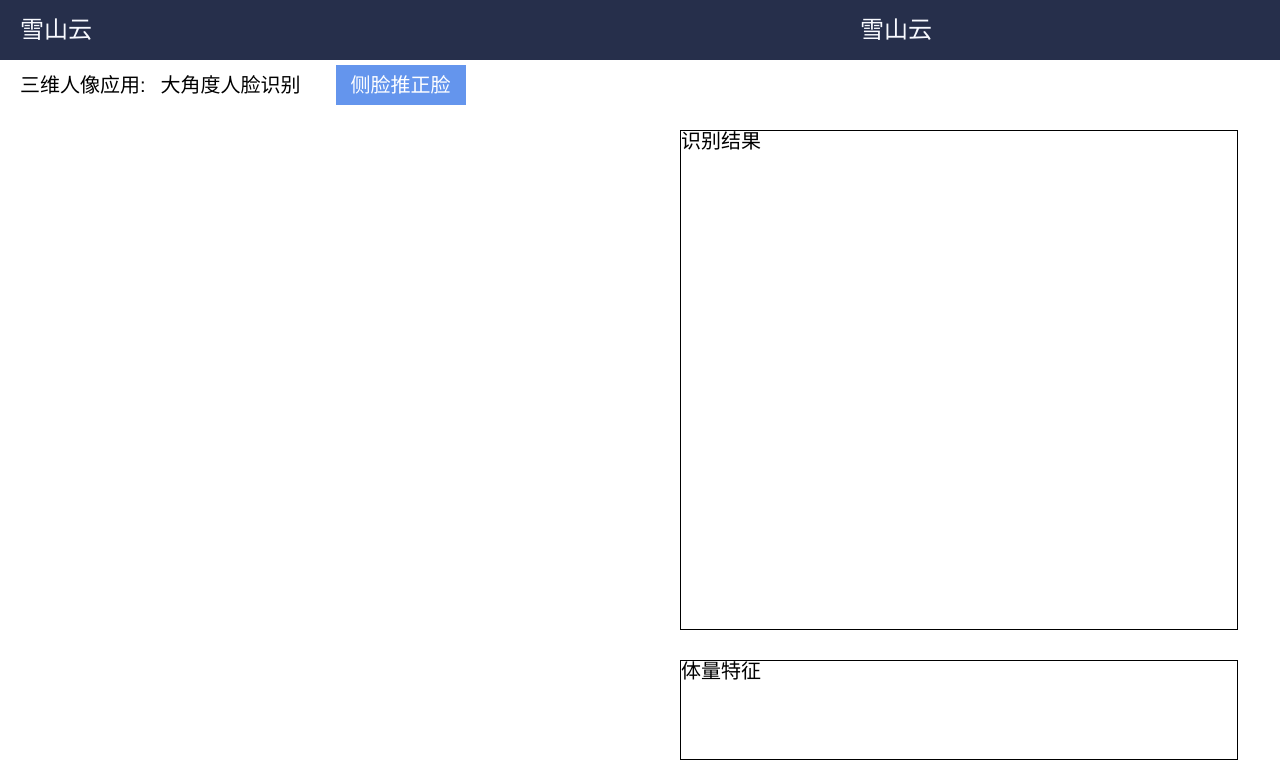
Repository: fyt2020/pubilcDemlo
Page: /#/face
These files come from the project's save history. The page is drawn as it stood at one moment and after the next save; the edit follows.
The browser window is 1280 px wide. The pictures show the whole page.
The project was rebuilt for these pictures with package versions that can differ from the ones it lists, and the page was loaded fresh each time.

Above is the page before, as saved 2020-04-28 10:21:08.

After the next save:
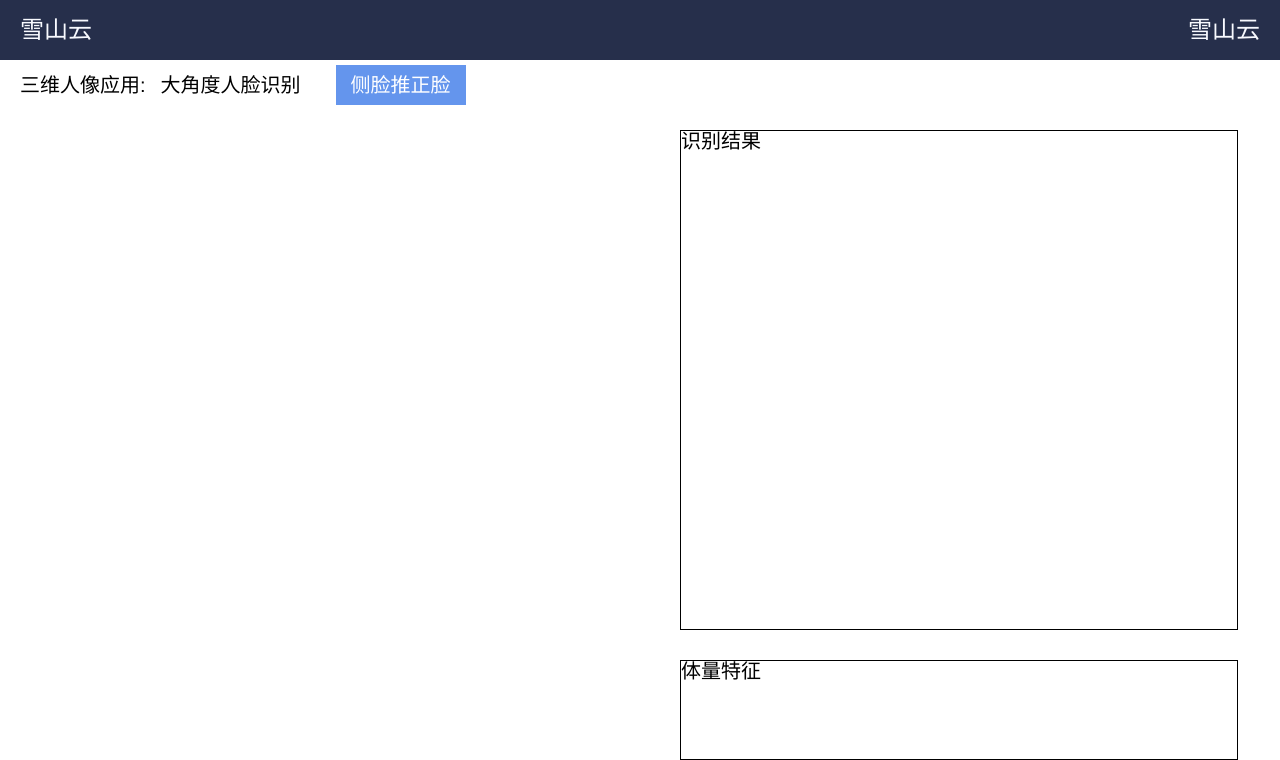
Saved 29 s later.
--- a/src/assets/css/home.scss
+++ b/src/assets/css/home.scss
@@ -15,13 +15,11 @@
         font-size: 24px;
         .header__left{
             height: 100%;
-            width: 400px;
             display: flex;
             align-items: center;
         }
         .header__right{
             height: 100%;
-            width: 400px;
             display: flex;
             align-items: center;
         }
